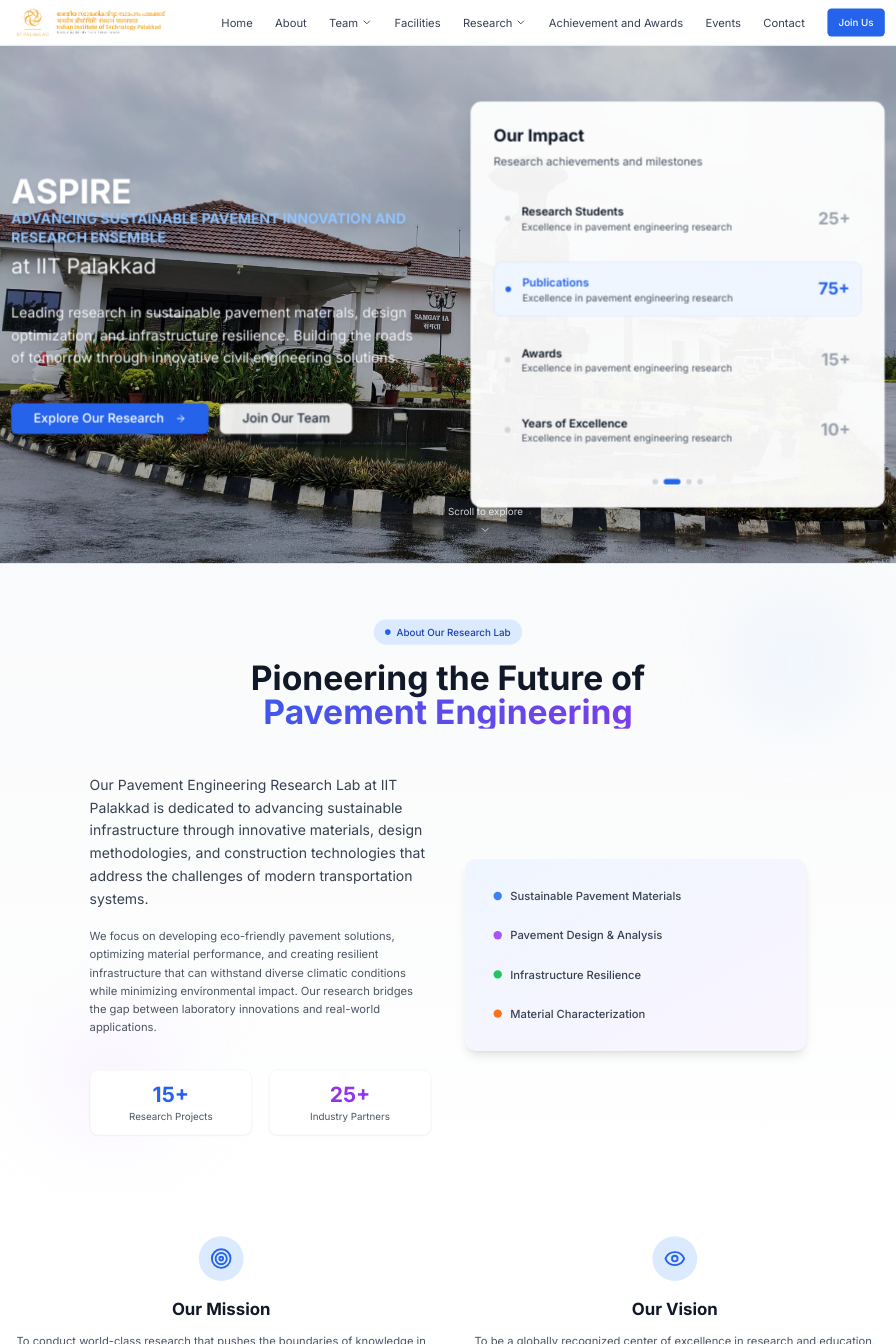
Repository: Gopikrish-30/ARISE
Page: /
These files come from the project's save history. The page is drawn as it stood at one moment and after a run of saves; the edit follows.
The browser window is 1280 px wide. The pictures show the part of the page from y = 0 to 1920 px (the page is 4937 px tall), at 70% of full size.
The project was rebuilt for these pictures with package versions that can differ from the ones it lists, and the page was loaded fresh each time. Some packages were replaced by stand-ins written for this rebuild. The framework's server and built-in components were replaced by stand-ins that run in the browser. Also part of the build but not shown: next.config.mjs.

Above is the page before, as saved 2025-06-29 14:15:10.

### app/layout.tsx
import type React from "react"
import type { Metadata } from "next"
import { Inter } from "next/font/google"
import "./globals.css"
import { Navbar } from "@/components/navbar"
import { Footer } from "@/components/footer"

const inter = Inter({ subsets: ["latin"] })

export const metadata: Metadata = {
  title: "IIT Palakkad - Department Showcase",
  description: "Advancing the frontiers of science and technology through innovative research at IIT Palakkad",
}

export default function RootLayout({
  children,
}: {
  children: React.ReactNode
}) {
  return (
    <html lang="en">
      <body className={inter.className}>
        <Navbar />
        <main className="min-h-screen">{children}</main>
        <Footer />
      </body>
    </html>
  )
}

### app/page.tsx
import { Hero } from "@/components/hero"
import { About } from "@/components/about"
import { MissionVision } from "@/components/mission-vision"
import { Activities } from "@/components/activities"
import { Impact } from "@/components/impact"
import { Announcements } from "@/components/announcements"
import { Recognitions } from "@/components/recognitions"

export default function HomePage() {
  return (
    <div className="bg-white">
      <Hero />
      <About />
      <MissionVision />
      <Activities />
      <Impact />
      <Announcements />
      <Recognitions />
    </div>
  )
}

### app/globals.css
@tailwind base;
@tailwind components;
@tailwind utilities;

@layer base {
  :root {
    --background: 0 0% 100%;
    --foreground: 222.2 84% 4.9%;
    --card: 0 0% 100%;
    --card-foreground: 222.2 84% 4.9%;
    --popover: 0 0% 100%;
    --popover-foreground: 222.2 84% 4.9%;
    --primary: 221.2 83.2% 53.3%;
    --primary-foreground: 210 40% 98%;
    --secondary: 210 40% 96%;
    --secondary-foreground: 222.2 84% 4.9%;
    --muted: 210 40% 96%;
    --muted-foreground: 215.4 16.3% 46.9%;
    --accent: 210 40% 96%;
    --accent-foreground: 222.2 84% 4.9%;
    --destructive: 0 84.2% 60.2%;
    --destructive-foreground: 210 40% 98%;
    --border: 214.3 31.8% 91.4%;
    --input: 214.3 31.8% 91.4%;
    --ring: 221.2 83.2% 53.3%;
    --radius: 0.5rem;
  }

  .dark {
    --background: 222.2 84% 4.9%;
    --foreground: 210 40% 98%;
    --card: 222.2 84% 4.9%;
    --card-foreground: 210 40% 98%;
    --popover: 222.2 84% 4.9%;
    --popover-foreground: 210 40% 98%;
    --primary: 217.2 91.2% 59.8%;
    --primary-foreground: 222.2 84% 4.9%;
    --secondary: 217.2 32.6% 17.5%;
    --secondary-foreground: 210 40% 98%;
    --muted: 217.2 32.6% 17.5%;
    --muted-foreground: 215 20.2% 65.1%;
    --accent: 217.2 32.6% 17.5%;
    --accent-foreground: 210 40% 98%;
    --destructive: 0 62.8% 30.6%;
    --destructive-foreground: 210 40% 98%;
    --border: 217.2 32.6% 17.5%;
    --input: 217.2 32.6% 17.5%;
    --ring: 224.3 76.3% 94.1%;
  }
}

@layer base {
  * {
    @apply border-border;
  }
  body {
    @apply bg-background text-foreground;
  }
}

@layer utilities {
  .line-clamp-3 {
    display: -webkit-box;
    -webkit-line-clamp: 3;
    -webkit-box-orient: vertical;
    overflow: hidden;
  }
}

### components/hero.tsx
"use client"

import { useState, useEffect } from "react"
import { Button } from "@/components/ui/button"
import Link from "next/link"
import { ArrowRight, Users, BookOpen, Award, TrendingUp, ChevronDown } from "lucide-react"

export function Hero() {
  const [currentStat, setCurrentStat] = useState(0)
  const [isVisible, setIsVisible] = useState(false)

  const stats = [
    { icon: Users, number: "25+", label: "Research Students" },
    { icon: BookOpen, number: "75+", label: "Publications" },
    { icon: Award, number: "15+", label: "Awards" },
    { icon: TrendingUp, number: "10+", label: "Years of Excellence" },
  ]

  useEffect(() => {
    setIsVisible(true)
    const interval = setInterval(() => {
      setCurrentStat((prev) => (prev + 1) % stats.length)
    }, 4000)
    return () => clearInterval(interval)
  }, [stats.length])

  return (
    <section className="relative min-h-screen flex items-center justify-center overflow-hidden">
      {/* Background Image - Using placeholder */}
      <div className="absolute inset-0 z-0">
        <div
          className="absolute inset-0 bg-cover bg-center bg-no-repeat"
          style={{
            backgroundImage: `url('/images/hero2.jpg?height=1080&width=1920&text=IIT+Palakkad+Campus')`,
          }}
        />
        {/* Light overlay for text readability */}
        <div className="absolute inset-0 bg-black/20" />
      </div>

      {/* Content */}
      <div className="container mx-auto px-4 relative z-10">
        <div className="max-w-7xl mx-auto">
          <div className="grid lg:grid-cols-2 gap-16 items-center min-h-screen py-20">
            {/* Left Content */}
            <div className={`space-y-8 ${isVisible ? "animate-fade-in-up" : "opacity-0"}`}>
              {/* Badge */}
              {/* Removed Pavement Engineering Research badge as per request */}

              {/* Main Heading */}
              <div className="space-y-4">
  <h1 className="text-3xl md:text-4xl lg:text-5xl font-bold text-white leading-tight drop-shadow-lg">
    ASPIRE
    <span className="block text-blue-300 text-base md:text-lg lg:text-xl">
      ADVANCING SUSTAINABLE PAVEMENT INNOVATION AND RESEARCH ENSEMBLE
    </span>
    <span className="block text-xl md:text-2xl lg:text-3xl text-gray-100 font-normal mt-2">
      at IIT Palakkad
    </span>
  </h1>
</div>


              {/* Description */}
              <p className="text-xl text-gray-100 leading-relaxed max-w-2xl drop-shadow-md">
                Leading research in sustainable pavement materials, design optimization, and infrastructure resilience.
                Building the roads of tomorrow through innovative civil engineering solutions.
              </p>

              {/* CTA Buttons */}
              <div className="flex flex-col sm:flex-row gap-4 pt-4">
                <Button
                  asChild
                  size="lg"
                  className="bg-blue-600 hover:bg-blue-700 text-white px-8 py-4 text-lg font-medium rounded-lg shadow-lg hover:shadow-xl transition-all duration-200"
                >
                  <Link href="/research">
                    Explore Our Research
                    <ArrowRight className="ml-2 h-5 w-5" />
                  </Link>
                </Button>

                <Button
                  asChild
                  size="lg"
                  className="bg-white/90 backdrop-blur-sm text-gray-800 hover:bg-white px-8 py-4 text-lg font-medium rounded-lg shadow-lg hover:shadow-xl transition-all duration-200"
                >
                  <Link href="/join-us">Join Our Team</Link>
                </Button>
              </div>
            </div>

            {/* Right Content - Clean Stats Display */}
            <div className={`${isVisible ? "animate-fade-in-right" : "opacity-0"}`}>
              <div className="bg-white/95 backdrop-blur-md rounded-2xl p-8 shadow-xl border border-white/20">
                {/* Header */}
                <div className="mb-8">
                  <h3 className="text-2xl font-bold text-gray-900 mb-2">Our Impact</h3>
                  <p className="text-gray-600">Research achievements and milestones</p>
                </div>

                {/* Stats List */}
                <div className="space-y-6">
                  {stats.map((stat, index) => {
                    const Icon = stat.icon
                    const isActive = index === currentStat

                    // Define navigation paths for each stat
                    const getStatLink = (label: string) => {
                      switch (label) {
                        case "Research Students":
                          return "/team/scholars"
                        case "Publications":
                          return "/research/journals"
                        case "Awards":
                          return "/achievements"
                        case "Years of Excellence":
                          return "/about"
                        default:
                          return "/about"
                      }
                    }

                    return (
                      <Link
                        key={index}
                        href={getStatLink(stat.label)}
                        className={`flex items-center p-4 rounded-xl cursor-pointer transition-all duration-300 hover:bg-blue-50 ${
                          isActive ? "bg-blue-50 border border-blue-100" : ""
                        }`}
                        onClick={() => setCurrentStat(index)}
                      >
                        <div className="flex items-center space-x-4 flex-1">
                          <div
                            className={`w-2 h-2 rounded-full ${isActive ? "bg-blue-600" : "bg-gray-300"} transition-colors duration-300`}
                          />
                          <div className="flex-1">
                            <h4
                              className={`font-semibold ${isActive ? "text-blue-600" : "text-gray-900"} transition-colors duration-300`}
                            >
                              {stat.label}
                            </h4>
                            <p className="text-gray-600 text-sm">Excellence in pavement engineering research</p>
                          </div>
                          <div
                            className={`text-2xl font-bold ${isActive ? "text-blue-600" : "text-gray-400"} transition-colors duration-300`}
                          >
                            {stat.number}
                          </div>
                        </div>
                      </Link>
                    )
                  })}
                </div>

                {/* Active Indicator */}
                <div className="flex justify-center mt-8 space-x-2">
                  {stats.map((_, index) => (
                    <button
                      key={index}
                      onClick={() => setCurrentStat(index)}
                      className={`w-2 h-2 rounded-full transition-all duration-300 ${
                        index === currentStat ? "bg-blue-600 w-6" : "bg-gray-300 hover:bg-gray-400"
                      }`}
                    />
                  ))}
                </div>
              </div>
            </div>
          </div>

          {/* Scroll Indicator */}
          <div className="absolute bottom-8 left-1/2 transform -translate-x-1/2 text-white/80 animate-bounce">
            <div className="flex flex-col items-center space-y-2">
              <span className="text-sm drop-shadow-md">Scroll to explore</span>
              <ChevronDown className="w-4 h-4" />
            </div>
          </div>
        </div>
      </div>

      {/* Custom Styles */}
      <style jsx>{`
        @keyframes fade-in-up {
          from {
            opacity: 0;
            transform: translateY(30px);
          }
          to {
            opacity: 1;
            transform: translateY(0);
          }
        }

        @keyframes fade-in-right {
          from {
            opacity: 0;
            transform: translateX(30px);
          }
          to {
            opacity: 1;
            transform: translateX(0);
          }
        }

        .animate-fade-in-up {
          animation: fade-in-up 0.8s ease-out forwards;
        }

        .animate-fade-in-right {
          animation: fade-in-right 0.8s ease-out 0.3s forwards;
        }
      `}</style>
    </section>
  )
}

### components/mission-vision.tsx
import { Target, Eye } from "lucide-react"

export function MissionVision() {
  return (
    <section className="py-16">
      <div className="container mx-auto px-4">
        <div className="grid md:grid-cols-2 gap-12">
          <div className="text-center">
            <div className="w-16 h-16 bg-blue-100 rounded-full flex items-center justify-center mx-auto mb-6">
              <Target className="w-8 h-8 text-blue-600" />
            </div>
            <h3 className="text-2xl font-bold text-gray-900 mb-4">Our Mission</h3>
            <p className="text-gray-600 leading-relaxed">
              To conduct world-class research that pushes the boundaries of knowledge in computer science and
              engineering, while nurturing the next generation of researchers and innovators who will shape the future
              of technology.
            </p>
          </div>

          <div className="text-center">
            <div className="w-16 h-16 bg-blue-100 rounded-full flex items-center justify-center mx-auto mb-6">
              <Eye className="w-8 h-8 text-blue-600" />
            </div>
            <h3 className="text-2xl font-bold text-gray-900 mb-4">Our Vision</h3>
            <p className="text-gray-600 leading-relaxed">
              To be a globally recognized center of excellence in research and education, contributing to scientific
              advancement and technological innovation that benefits society and addresses the challenges of tomorrow.
            </p>
          </div>
        </div>
      </div>
    </section>
  )
}

### components/impact.tsx
import { Users, BookOpen, Award, TrendingUp } from "lucide-react"
import Link from "next/link"

export function Impact() {
  const stats = [
    {
      icon: Users,
      number: "25+",
      label: "Research Students",
    },
    {
      icon: BookOpen,
      number: "75+",
      label: "Publications",
    },
    {
      icon: Award,
      number: "15+",
      label: "Awards",
    },
    {
      icon: TrendingUp,
      number: "10+",
      label: "Years of Excellence",
    },
  ]

  return (
    <section className="py-16 bg-gradient-to-r from-blue-600 to-blue-800 text-white">
      <div className="container mx-auto px-4">
        <div className="text-center mb-12">
          <h2 className="text-3xl md:text-4xl font-bold mb-4">Our Impact</h2>
          <p className="text-blue-100 max-w-2xl mx-auto">Numbers that reflect our commitment to excellence</p>
        </div>

        <div className="grid md:grid-cols-4 gap-8">
          {[
            { icon: Users, number: "25+", label: "Research Students", link: "/team/scholars" },
            { icon: BookOpen, number: "75+", label: "Publications", link: "/research/journals" },
            { icon: Award, number: "15+", label: "Awards", link: "/achievements" },
            { icon: TrendingUp, number: "10+", label: "Years of Excellence", link: "/about" },
          ].map((stat, index) => (
            <Link
              key={index}
              href={stat.link}
              className="text-center group hover:scale-105 transition-transform duration-200"
            >
              <stat.icon className="w-12 h-12 mx-auto mb-4 text-blue-200 group-hover:text-white transition-colors" />
              <div className="text-4xl md:text-5xl font-bold mb-2 group-hover:text-white transition-colors">
                {stat.number}
              </div>
              <div className="text-blue-200 group-hover:text-blue-100 transition-colors">{stat.label}</div>
            </Link>
          ))}
        </div>
      </div>
    </section>
  )
}

### components/ui/button.tsx
import * as React from "react"
import { Slot } from "@radix-ui/react-slot"
import { cva, type VariantProps } from "class-variance-authority"

import { cn } from "@/lib/utils"

const buttonVariants = cva(
  "inline-flex items-center justify-center gap-2 whitespace-nowrap rounded-md text-sm font-medium ring-offset-background transition-colors focus-visible:outline-none focus-visible:ring-2 focus-visible:ring-ring focus-visible:ring-offset-2 disabled:pointer-events-none disabled:opacity-50 [&_svg]:pointer-events-none [&_svg]:size-4 [&_svg]:shrink-0",
  {
    variants: {
      variant: {
        default: "bg-primary text-primary-foreground hover:bg-primary/90",
        destructive:
          "bg-destructive text-destructive-foreground hover:bg-destructive/90",
        outline:
          "border border-input bg-background hover:bg-accent hover:text-accent-foreground",
        secondary:
          "bg-secondary text-secondary-foreground hover:bg-secondary/80",
        ghost: "hover:bg-accent hover:text-accent-foreground",
        link: "text-primary underline-offset-4 hover:underline",
      },
      size: {
        default: "h-10 px-4 py-2",
        sm: "h-9 rounded-md px-3",
        lg: "h-11 rounded-md px-8",
        icon: "h-10 w-10",
      },
    },
    defaultVariants: {
      variant: "default",
      size: "default",
    },
  }
)

export interface ButtonProps
  extends React.ButtonHTMLAttributes<HTMLButtonElement>,
    VariantProps<typeof buttonVariants> {
  asChild?: boolean
}

const Button = React.forwardRef<HTMLButtonElement, ButtonProps>(
  ({ className, variant, size, asChild = false, ...props }, ref) => {
    const Comp = asChild ? Slot : "button"
    return (
      <Comp
        className={cn(buttonVariants({ variant, size, className }))}
        ref={ref}
        {...props}
      />
    )
  }
)
Button.displayName = "Button"

export { Button, buttonVariants }

### components/ui/card.tsx
import * as React from "react"

import { cn } from "@/lib/utils"

const Card = React.forwardRef<
  HTMLDivElement,
  React.HTMLAttributes<HTMLDivElement>
>(({ className, ...props }, ref) => (
  <div
    ref={ref}
    className={cn(
      "rounded-lg border bg-card text-card-foreground shadow-sm",
      className
    )}
    {...props}
  />
))
Card.displayName = "Card"

const CardHeader = React.forwardRef<
  HTMLDivElement,
  React.HTMLAttributes<HTMLDivElement>
>(({ className, ...props }, ref) => (
  <div
    ref={ref}
    className={cn("flex flex-col space-y-1.5 p-6", className)}
    {...props}
  />
))
CardHeader.displayName = "CardHeader"

const CardTitle = React.forwardRef<
  HTMLDivElement,
  React.HTMLAttributes<HTMLDivElement>
>(({ className, ...props }, ref) => (
  <div
    ref={ref}
    className={cn(
      "text-2xl font-semibold leading-none tracking-tight",
      className
    )}
    {...props}
  />
))
CardTitle.displayName = "CardTitle"

const CardDescription = React.forwardRef<
  HTMLDivElement,
  React.HTMLAttributes<HTMLDivElement>
>(({ className, ...props }, ref) => (
  <div
    ref={ref}
    className={cn("text-sm text-muted-foreground", className)}
    {...props}
  />
))
CardDescription.displayName = "CardDescription"

const CardContent = React.forwardRef<
  HTMLDivElement,
  React.HTMLAttributes<HTMLDivElement>
>(({ className, ...props }, ref) => (
  <div ref={ref} className={cn("p-6 pt-0", className)} {...props} />
))
CardContent.displayName = "CardContent"

const CardFooter = React.forwardRef<
  HTMLDivElement,
  React.HTMLAttributes<HTMLDivElement>
>(({ className, ...props }, ref) => (
  <div
    ref={ref}
    className={cn("flex items-center p-6 pt-0", className)}
    {...props}
  />
))
CardFooter.displayName = "CardFooter"

export { Card, CardHeader, CardFooter, CardTitle, CardDescription, CardContent }

### components/ui/badge.tsx
import * as React from "react"
import { cva, type VariantProps } from "class-variance-authority"

import { cn } from "@/lib/utils"

const badgeVariants = cva(
  "inline-flex items-center rounded-full border px-2.5 py-0.5 text-xs font-semibold transition-colors focus:outline-none focus:ring-2 focus:ring-ring focus:ring-offset-2",
  {
    variants: {
      variant: {
        default:
          "border-transparent bg-primary text-primary-foreground hover:bg-primary/80",
        secondary:
          "border-transparent bg-secondary text-secondary-foreground hover:bg-secondary/80",
        destructive:
          "border-transparent bg-destructive text-destructive-foreground hover:bg-destructive/80",
        outline: "text-foreground",
      },
    },
    defaultVariants: {
      variant: "default",
    },
  }
)

export interface BadgeProps
  extends React.HTMLAttributes<HTMLDivElement>,
    VariantProps<typeof badgeVariants> {}

function Badge({ className, variant, ...props }: BadgeProps) {
  return (
    <div className={cn(badgeVariants({ variant }), className)} {...props} />
  )
}

export { Badge, badgeVariants }

Loaded but not shown: lib/utils.ts (common file); tailwind.config.ts (common file); components/ui/dropdown-menu.tsx (200 lines, source omitted); components/activities.tsx (185 lines, source omitted); components/about.tsx (109 lines, source omitted); components/navbar.tsx (125 lines, source omitted); components/footer.tsx (144 lines, source omitted); components/announcements.tsx (100 lines, source omitted); components/recognitions.tsx (94 lines, source omitted)

After the next 3 saves:
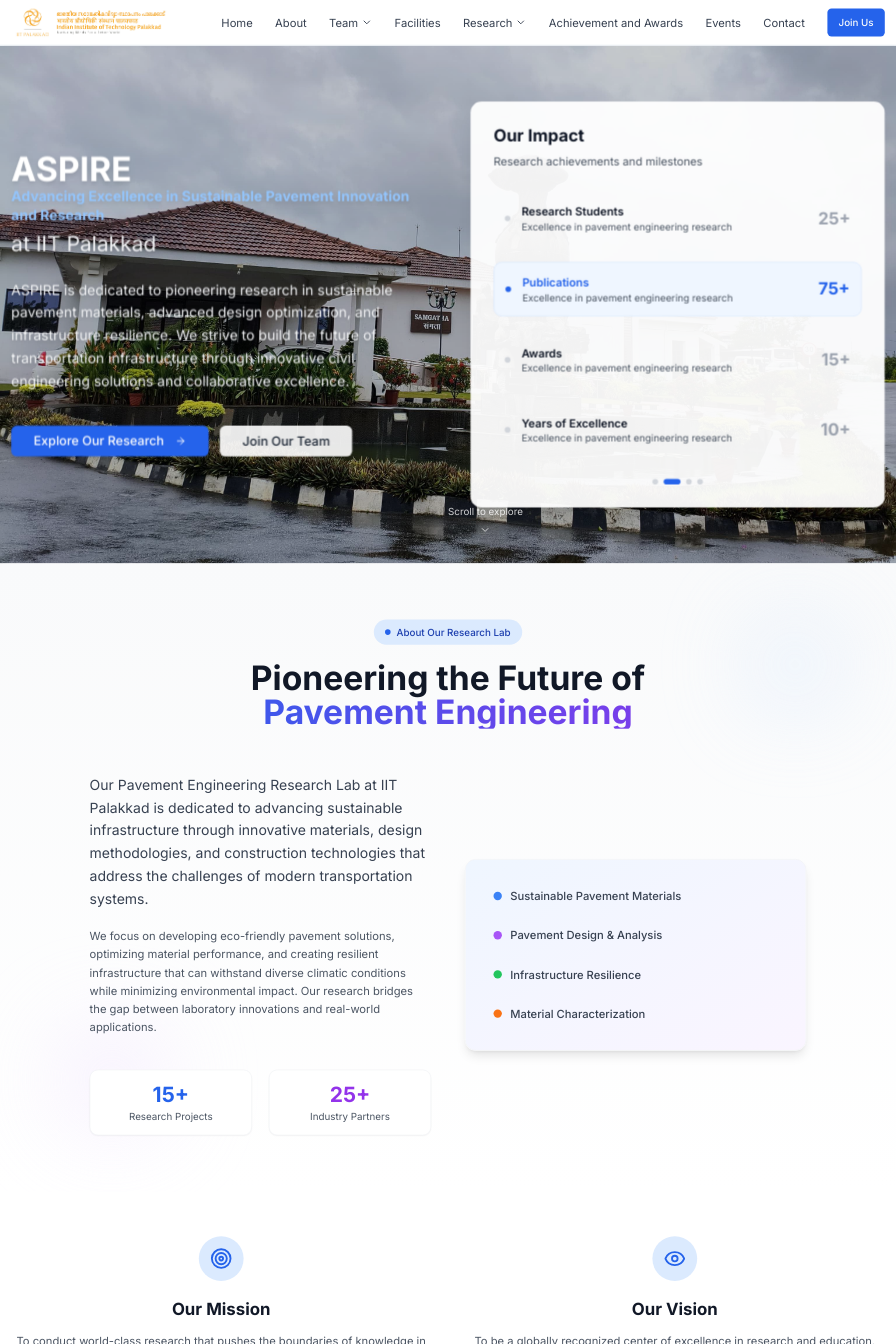
The 3 saves are shown as one change because they came seconds apart.
The last was saved 2 min 28 s later.
--- a/components/hero.tsx
+++ b/components/hero.tsx
@@ -52,7 +52,7 @@
   <h1 className="text-3xl md:text-4xl lg:text-5xl font-bold text-white leading-tight drop-shadow-lg">
     ASPIRE
     <span className="block text-blue-300 text-base md:text-lg lg:text-xl">
-      ADVANCING SUSTAINABLE PAVEMENT INNOVATION AND RESEARCH ENSEMBLE
+      Advancing Excellence in Sustainable Pavement Innovation and Research
     </span>
     <span className="block text-xl md:text-2xl lg:text-3xl text-gray-100 font-normal mt-2">
       at IIT Palakkad
@@ -60,11 +60,10 @@
   </h1>
 </div>
 
-
               {/* Description */}
               <p className="text-xl text-gray-100 leading-relaxed max-w-2xl drop-shadow-md">
-                Leading research in sustainable pavement materials, design optimization, and infrastructure resilience.
-                Building the roads of tomorrow through innovative civil engineering solutions.
+                ASPIRE is dedicated to pioneering research in sustainable pavement materials, advanced design optimization, and infrastructure resilience.
+                We strive to build the future of transportation infrastructure through innovative civil engineering solutions and collaborative excellence.
               </p>
 
               {/* CTA Buttons */}
